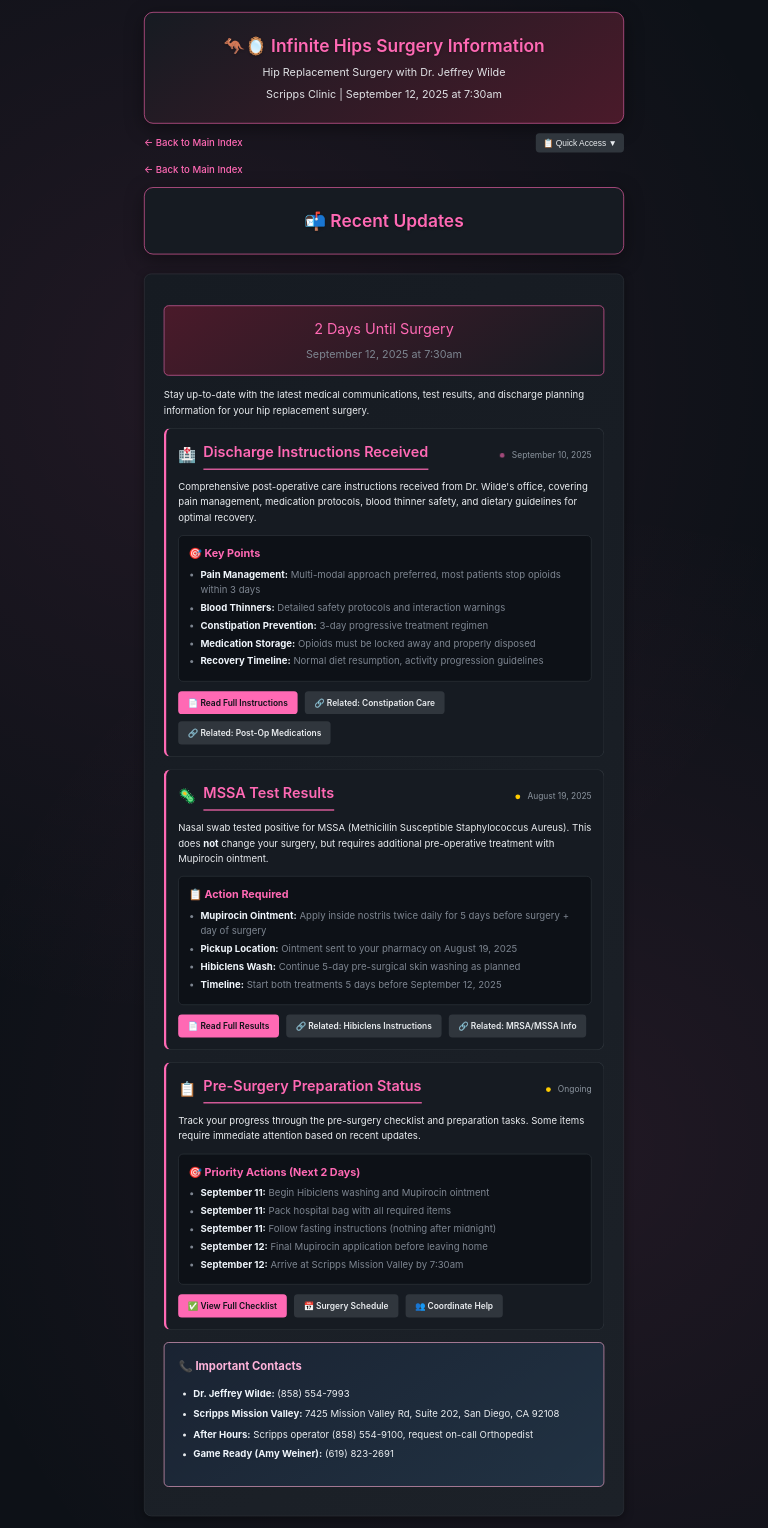
Repository: jeff-hamm/infinite-hips
Page: docs/updates.html
The author's editor kept a copy of each file at every save. The page is drawn from the files as they stood at one save, then again after the next save.
The browser window is 1280 px wide. The pictures show the whole page, at 60% of full size.

Above is the page before, as saved 2025-09-10 11:44:34.

After the next save:
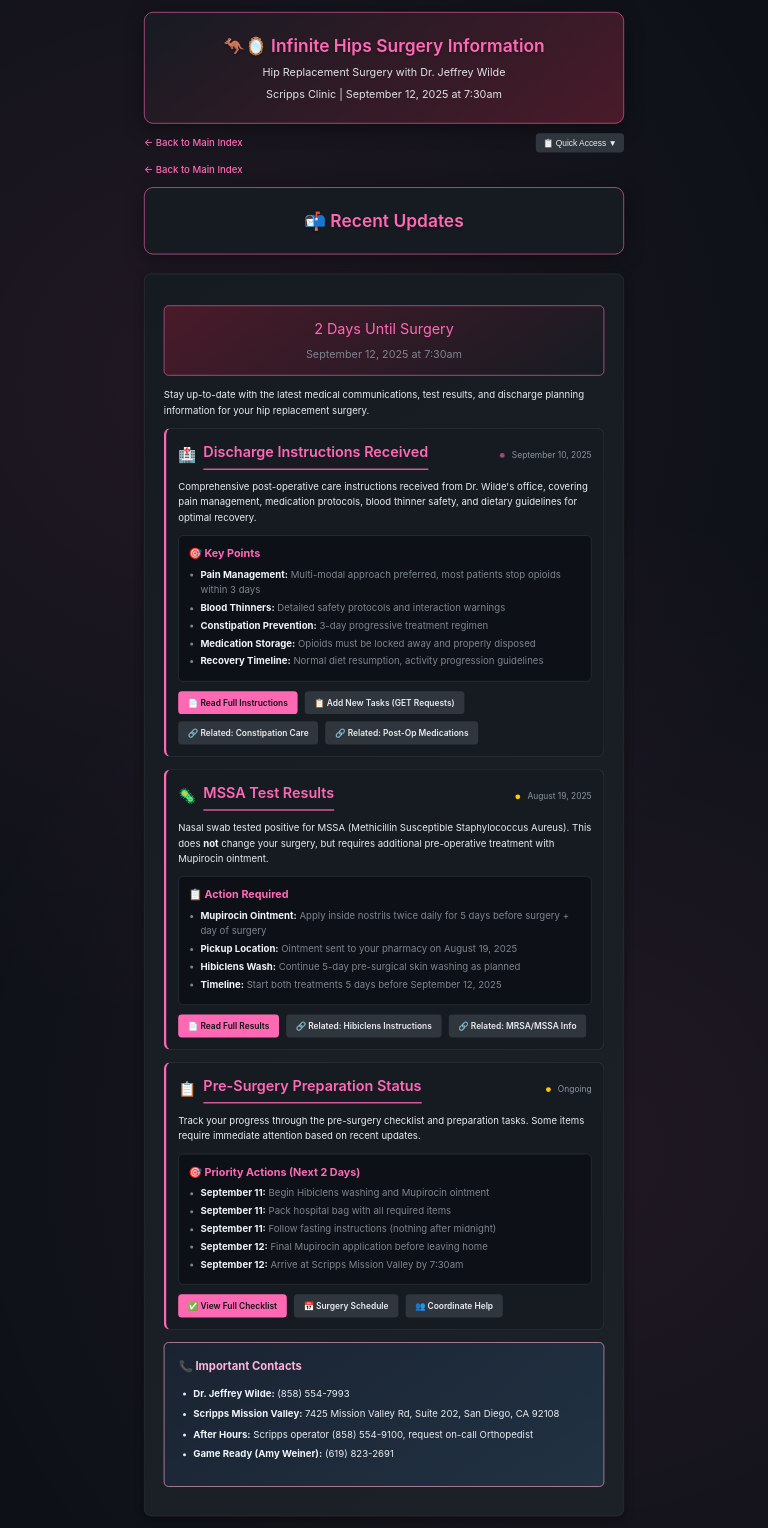
Saved 10 s later.
--- a/docs/updates.html
+++ b/docs/updates.html
@@ -196,6 +196,7 @@
 
             <div class="update-actions">
                 <a href="upcoming-discharge-instructions.html" class="update-link">📄 Read Full Instructions</a>
+                <a href="../data/todo-updates-get-requests.txt" class="update-link secondary">📋 Add New Tasks (GET Requests)</a>
                 <a href="constipation-care.html" class="update-link secondary">🔗 Related: Constipation Care</a>
                 <a href="postop-medications.html" class="update-link secondary">🔗 Related: Post-Op Medications</a>
             </div>
